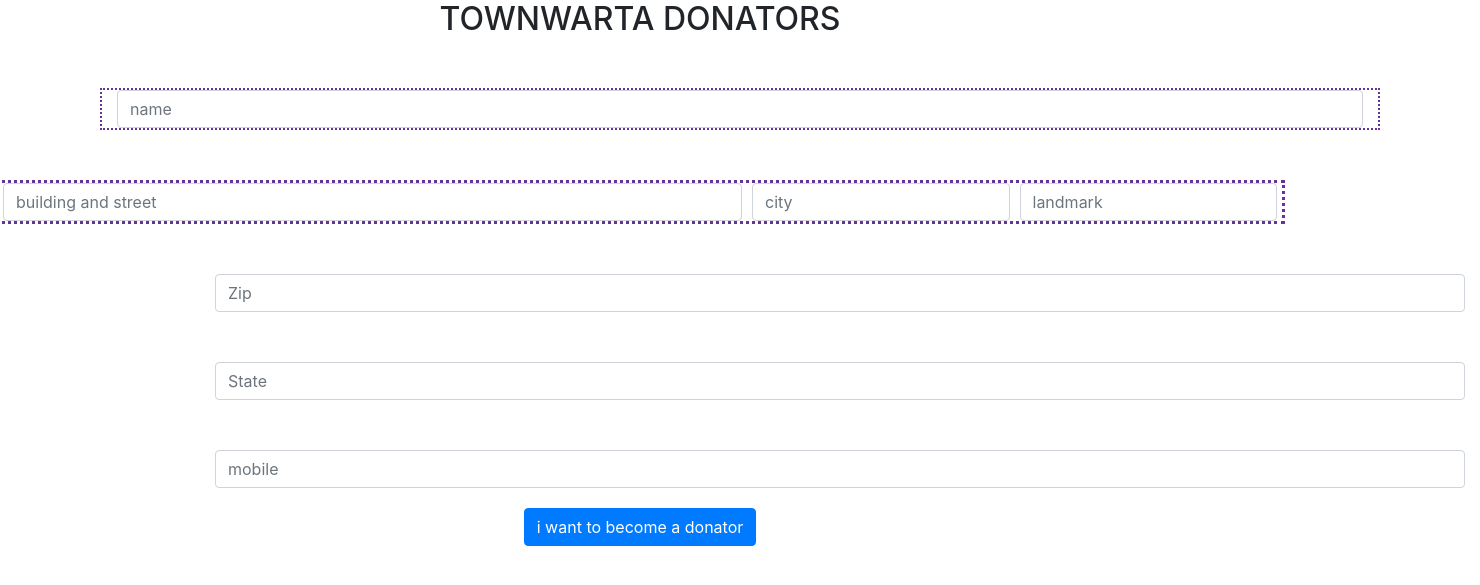
Repository: shivanand1988-28-06/townwarta
Page: http://localhost/donator/donator
An editor plug-in stored every save of this project. The page is shown before and after the next save, followed by the edit.
The browser window is 1280 px wide. The page is 1480 px wide, so the pictures cover 1480 px, including what lies to the right of the window. The pictures show the whole page.
The page is served by the project's Node server (Townwarta.js).

Above is the page before, as saved 2022-08-30 22:59:19.

After the next save:
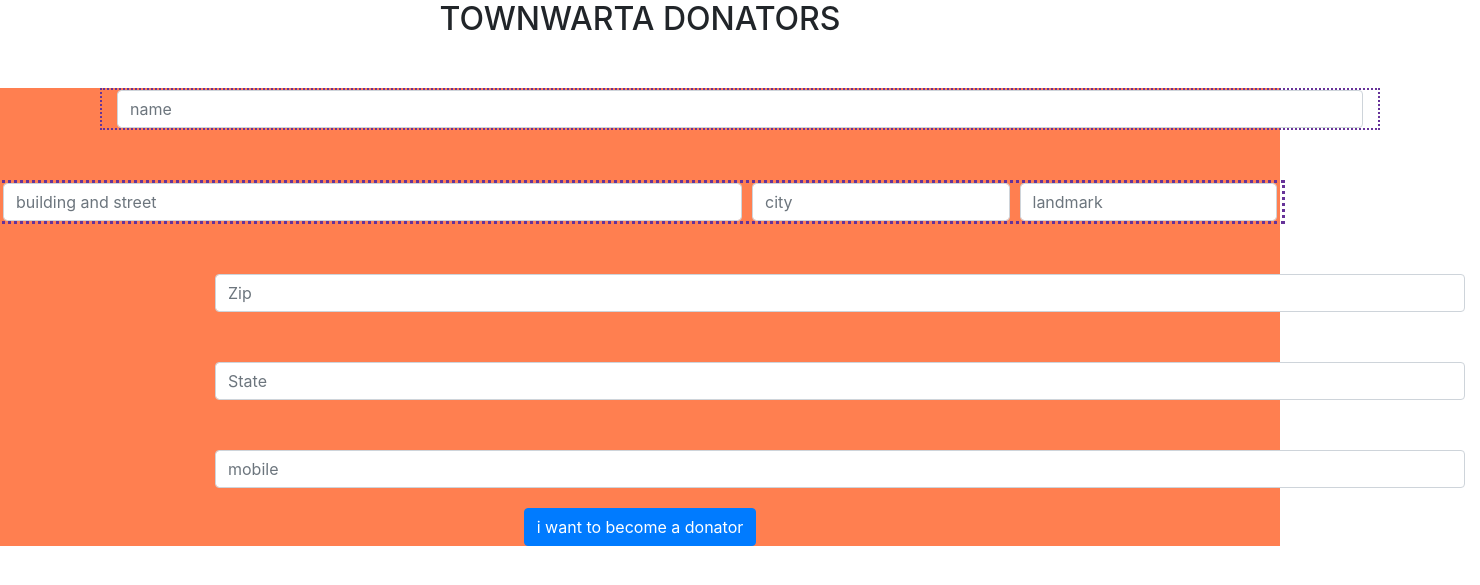
Saved 50 s later.
--- a/views/articles/donator.ejs
+++ b/views/articles/donator.ejs
@@ -10,7 +10,7 @@
 </head>
 <body>
     <h2 style = "text-align : center ">TOWNWARTA DONATORS</h2>
-    <form >
+    <form style = "background-color: coral;" >
         <div class="col" style = "margin : 50px 100px 50px 100px; border: 2px rebeccapurple dotted">
             <input type="text" name = "name" id = "name"class="form-control" placeholder="name">
           </div>
